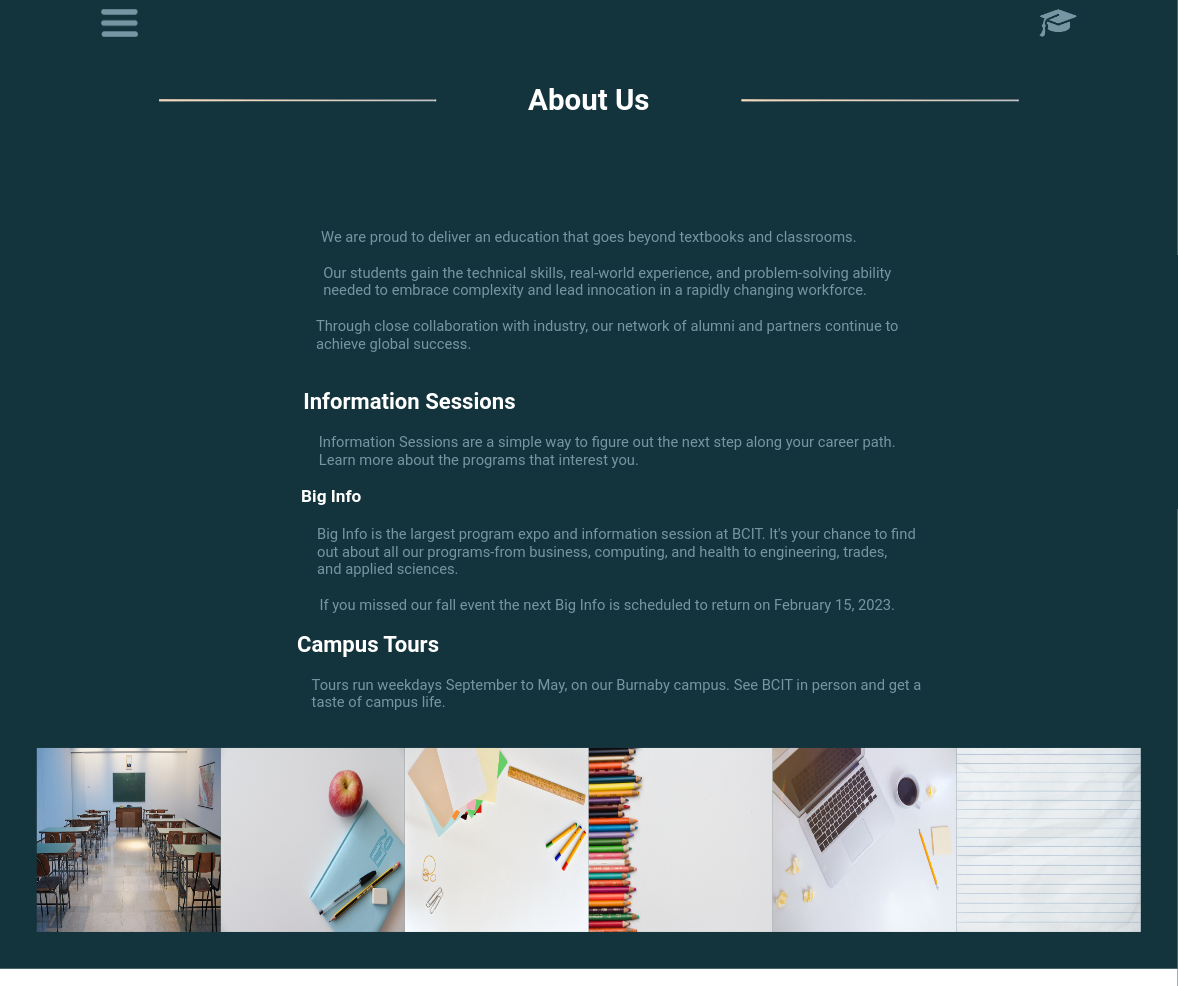
Repository: Sheraliramzan/Aly_A01253508_Assignment1
Page: /about
The author's editor kept a copy of each file at every save. The page is drawn from the files as they stood at one save, then again after the next save.
The browser window is 1280 px wide. The pictures show the whole page, at 92% of full size.
The project was rebuilt for these pictures with package versions that can differ from the ones it lists, and the page was loaded fresh each time. The framework's server and built-in components were replaced by stand-ins that run in the browser. Also part of the build but not shown: next.config.js.

Above is the page before, as saved 2023-02-05 10:06:13.

### pages/about.js
import Head from 'next/head'
import Image from 'next/image'
import styles from '../styles/Home.module.css'
import dynamic from "next/dynamic";
import Nav from '../comp/nav/nav';


const About = () => {
  return (
    <>
      <Head>
        <title>About Us</title>
        <meta name="author" content="MDIA 2109" />
        <meta property="og:title" content= 'Assignment #1 - About Us Page'/>
        <meta property="og:description" content= "BCIT Digital Design and Development Diploma"/>
        <meta name="viewport" content="width=device-width, initial-scale=1" />
        <link rel="icon" href="/favicon.png" />
      </Head>
      <main className={styles.main}>
        <div className="aboutcont">
          <Nav/>
          <div>
              <div className='headcont1'>
                <hr className='hori'></hr>
                <h1 className='header'>About Us</h1>
                <hr className='hori1'></hr>
                <h1></h1>
              </div>
              <div className='paracont'>
                <p className='para2'> We are proud to deliver an education that goes beyond textbooks
                  and classrooms.</p>
                <p className='para3'> Our students gain the technical skills, real-world experience,
                  and problem-solving ability <br /> needed to embrace complexity
                  and lead innocation in a rapidly changing workforce.</p>
                <p className='para3'>Through close collaboration with industry, our network of alumni
                  and partners continue to <br /> achieve global success.</p>
              </div>
                <h2 className='header2'> Information Sessions</h2>
                <p className='para3'> Information Sessions are a simple way to figure out the next
                  step along your career path. <br /> Learn more about the
                programs that interest you.</p>
                <h3 className='header3'>Big Info</h3>
              <p className='para4'> Big Info is the largest program expo and information session at
                BCIT. It's your chance to find <br /> out about all our
                programs-from business, computing, and health to engineering,
                trades,
                <br /> and applied sciences.
              </p>
              <p className='para3'>If you missed our fall event the next Big Info is scheduled to
                return on February 15, 2023.
              </p>
              <h2 className="header4">Campus Tours</h2>
              <p className='para4'>  Tours run weekdays September to May, on our Burnaby campus. See
                BCIT in person and get a <br /> taste of campus life.</p>
          </div>
          <div>
            <div id="carouselImage">
                <Image src={"/0.jpg"} width={200} height={200}></Image>
                <Image src={"/1.jpg"} width={200} height={200}></Image>
                <Image src={"/2.jpg"} width={200} height={200}></Image>
                <Image src={"/3.jpg"} width={200} height={200}></Image>
                <Image src={"/4.jpg"} width={200} height={200}></Image>
                <Image src={"/5.jpg"} width={200} height={200}></Image>
            </div >
          </div>
        </div>
        <a>
            <span>
                <img></img>
                <img></img>
            </span>
        </a>
      </main>
    </>
  )
}
export default dynamic (() => Promise.resolve(About), {ssr: false})

### styles/globals.css


* {
  box-sizing: border-box;
  padding: 0;
  margin: 0;
}

html,
body {
  margin: 0;
  padding: 0;
  font-family: "Roboto", sans-serif;
  scrollbar-width: none;

}
.menuimg{
  margin-left: 100px;
}
.gardimg{
  margin-right: 100px;
}
.navcont {
  display: flex;
  align-items: center;
  justify-content: space-between;
  padding: 10px;
}
.menucont{
  position: absolute;
  top: 0rem;
  left: 4rem;
}
a{
  color: var(--primary-color);
  text-decoration: none;
}

ul {
  display: flex;
  flex-direction: column;
  position: absolute;
  top: 10px;
  left: 50px;
  gap: 2rem;
  text-decoration: none;
}

ul > li {
  list-style-type: none;
  text-decoration: none;
  color: var(--primary-color);
}
.listcont{
  position: absolute;
  display: flex;
  align-items: flex-start;
  left: 3rem;
  top: 3rem;
}

.btncont {
  display: flex;
}

.close {
  background-color: transparent;
  border: none;
  font-size: larger;
  color: var(--primary-color);
}

.fullcont{
  width: 100vw;
  height: 100vh;
  background-image: url("/background-images/backgroundMountain.jpg");
  background-size: cover;
}
.but1{
  margin: 2px;
  padding: 5px 15px;
  background: none;
  border: 1px solid var(--primary-color);
  border-radius: 5px;
  color:var(--primary-color) ;
}
.butcont{
 margin-left: 250px;
}

.but1:hover{
  background-color: var( --primary-color);
  color: var(--quinary-color);
}
.downarrow{
  position: relative;
  left: 650px;
  top:50px;
}
.headcont{
  display: flex;
  flex-direction: column;
  width: 25%;
  margin-top: 320px;
  margin-left: 250px;
}
.headhome{
  color: var(--primary-color);
  font-size: 25px;
  margin-bottom: 10px;
}
.horidiv{
  width: 60%;
  border: 1px solid var(--secondary-color);
  margin-bottom: 10px;
}
.para1{
  color: var(--primary-color);
  font-size:12px;
  width: 100%;
  opacity: 0.8;
}
.aboutcont{
  width: 100%;
  background-color: var( --quaternary-color);
  justify-content: center;
}
.hori{
  border-left: 300px solid var(--secondary-color);
  width: 100px;
  height: 1px;
  margin-right: 100px;
}
.hori1{
  border-left: 300px solid var(--secondary-color);
  width: 100px;
  height: 1px;
  margin-left: 100px;
}
.headcont1{
  text-align: center;
  margin-top: 40px;
  display: flex;
  justify-content: center;
  align-items: center;
}
.header{
  color: var(--primary-color);
}
.paracont{
  display: flex;
  flex-direction: column;
  color: var(--ternary-color);
  justify-content: center;
  align-items: center;
  margin-top: 100px;

}
.para2{
  margin-top: 20px;
  margin-bottom: 20px;
}
.header2{
  display: flex;
  flex-direction: column;
  align-items: center;
  margin-right: 390px;
  margin-top: 20px;
  margin-bottom: 20px;
  color: var(--primary-color);
}
.header3{
  display: flex;
  flex-direction: column;
  align-items: center;
  margin-right: 560px;
  margin-top: 20px;
  margin-bottom: 20px;
  color: var(--primary-color);
}
.header4{
  display: flex;
  flex-direction: column;
  align-items: center;
  margin-right: 480px;
  margin-top: 20px;
  margin-bottom: 20px;
  color: var(--primary-color);
}
.para3{
  color: var(--ternary-color);
  display: flex;
  align-items: center;
  justify-content: center;
  margin-bottom: 20px;
  margin-left: 40px;
}
.para4{
  color: var(--ternary-color);
  display: flex;
  align-items: center;
  justify-content: center;
  margin-bottom: 20px;
  margin-left: 60px;
}
#carouselImage{
  height: 200px;
  background-repeat: no-repeat;
  background-size: cover;
  display: flex;
  justify-content: center;
  align-items: center;
  margin: 40px 0px;
}
#testOnImageHere{
  background-color: rgba(16, 46, 53, 0.5);
  padding: 10px;
  margin: 0px 50px;
}

### styles/variables.css
:root{
    --primary-color:#fff;
    --secondary-color:#f4d6b9;
    --ternary-color: #7796a4;
    --quaternary-color:#14343d;
    --quinary-color:rgba(16,46,53,0.5);
}

### styles/Home.module.css
.main {
  display: flex;
  flex-direction: column;
  justify-content: space-between;
  align-items: center;
}

### comp/nav/nav.js
import Head from 'next/head'
import Image from 'next/image'
import { useState } from 'react'
import { useRouter } from 'next/router'
import Link from 'next/link'

export default function Nav(){
    const [isMenuOpen, setIsMenuOpen] = useState(false);
  const handleClick = () => {
    setIsMenuOpen(!isMenuOpen);
  };
  const router = useRouter();
    return (
    <>
        <div className="navcont">
              <Image alt='menu' className='menuimg'
                src={"/icons/menu-icon.png"}
                width={40}
                height={30}
                onClick={handleClick}
              />
              <Image alt='grad' className='gardimg' src={"/icons/graduation-hat.png"} width={40} height={30} />
          </div>
          {isMenuOpen && (
            <div className="menucont">
              <div className="listcont">
                <div className="btncont">
                  <button className="close" onClick={handleClick}>
                    X
                  </button>
                </div>
                <div>
                  <ul>
                    <li>
                      <a href="#">Home</a>
                    </li>
                    <li>
                      <a href="/about">About</a>
                    </li>
                    <li>
                      <a href="/contact">Contact</a>
                    </li>
                  </ul>
                </div>
              </div>
              <Image alt='bar'
                src={"/background-images/menuBackground.png"}
                width={240}
                height={240}
              />
            </div>
          )}
    </>
    )
}

Loaded but not shown: pages/_app.js (common file); pages/_document.js (common file)

After the next save:
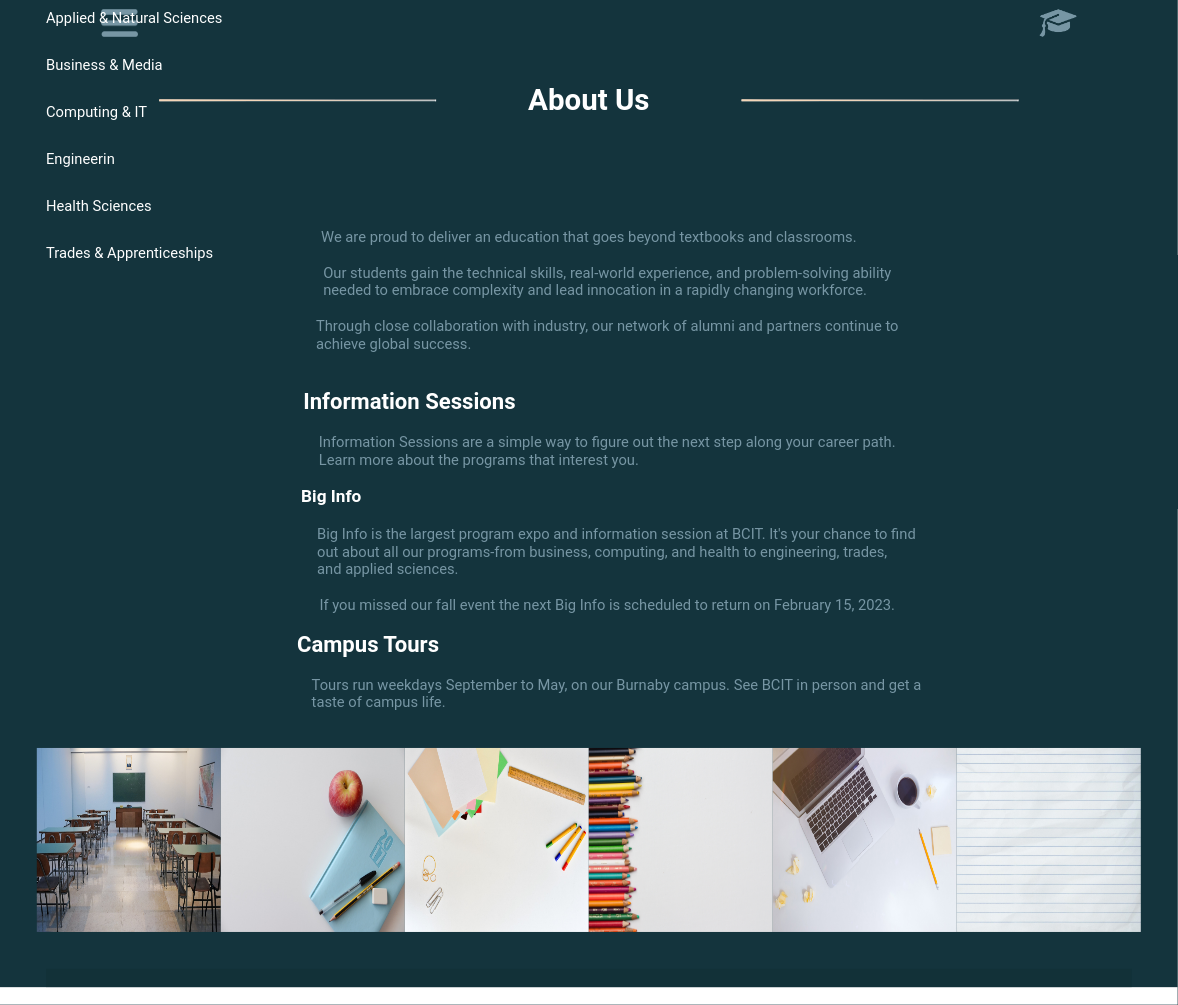
Saved 6 s later.
--- a/pages/about.js
+++ b/pages/about.js
@@ -62,6 +62,16 @@ const About = () => {
                 <Image src={"/4.jpg"} width={200} height={200}></Image>
                 <Image src={"/5.jpg"} width={200} height={200}></Image>
             </div >
+                  <div id="testOnImageHere">
+                    <ul>
+                      <li>Applied & Natural Sciences</li>
+                      <li>Business & Media</li>
+                      <li>Computing & IT</li>
+                      <li>Engineerin</li>
+                      <li>Health Sciences</li>
+                      <li>Trades & Apprenticeships</li>
+                    </ul>
+                  </div>
           </div>
         </div>
         <a>
